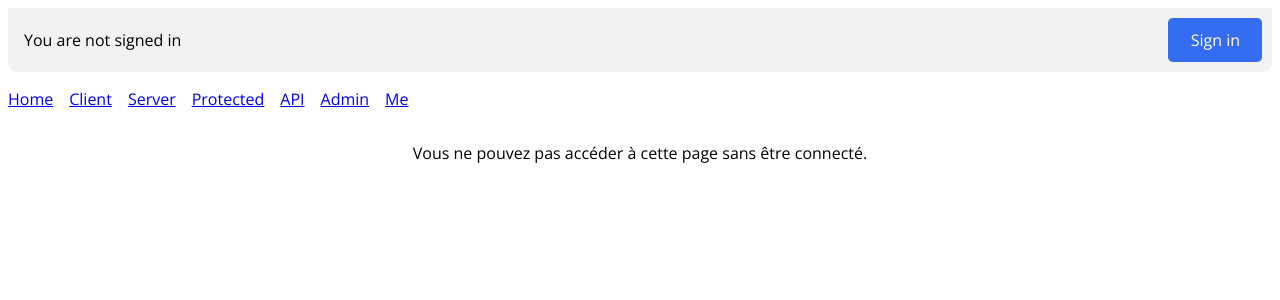
Repository: Retroscilo/minimalisticCalendar
Page: /plannings
These files come from the project's save history. The page is drawn as it stood at one moment and after the next save; the edit follows.
The browser window is 1280 px wide. The pictures show the whole page.
The page's requests for data from a server got no answer. The project was rebuilt for these pictures with package versions that can differ from the ones it lists, and the page was loaded fresh each time. The framework's server and built-in components were replaced by stand-ins that run in the browser. No one was signed in, and anything a server would have sent is missing. Also part of the build but not shown: css/form.css.

Above is the page before, as saved 2022-02-18 07:55:45.

After the next save:
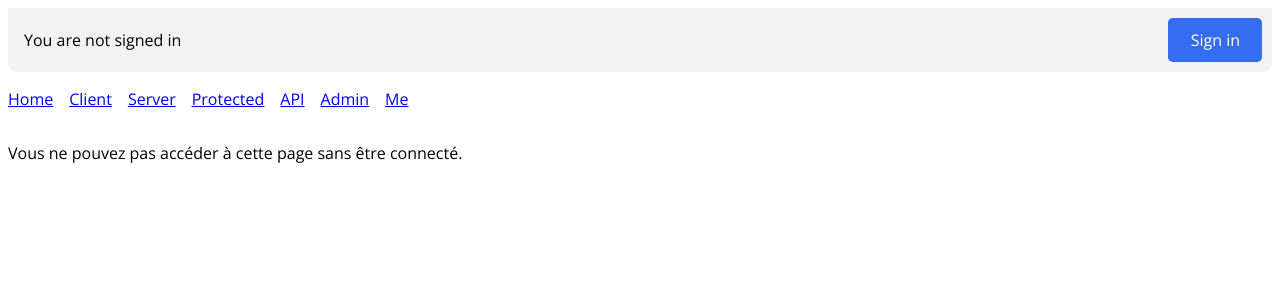
Saved 29 s later.
--- a/pages/_app.js
+++ b/pages/_app.js
@@ -14,9 +14,7 @@ function MyApp({ Component, pageProps }) {
 
       <SessionProvider session={pageProps.session} refetchInterval={0}>
         <Header />
-        <div className="grid wrapper">
           <Component {...pageProps} />
-        </div>
       </SessionProvider>
     </>
   );
